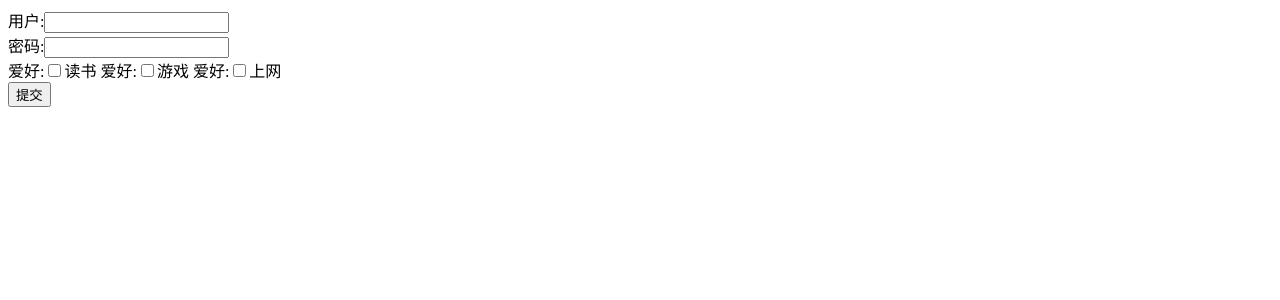
Repository: jionjion/JAVA_WorkSpace
Page: http://localhost/ServletClient/modules/jspBase/baseIII_01.jsp
An editor plug-in stored every save of this project. The page is shown before and after a run of saves, followed by the edit.
The browser window is 1280 px wide. The pictures show the whole page.
The page is served by Tomcat 9.

Above is the page before, as saved 2017-07-10 14:26:31.

After the next 2 saves:
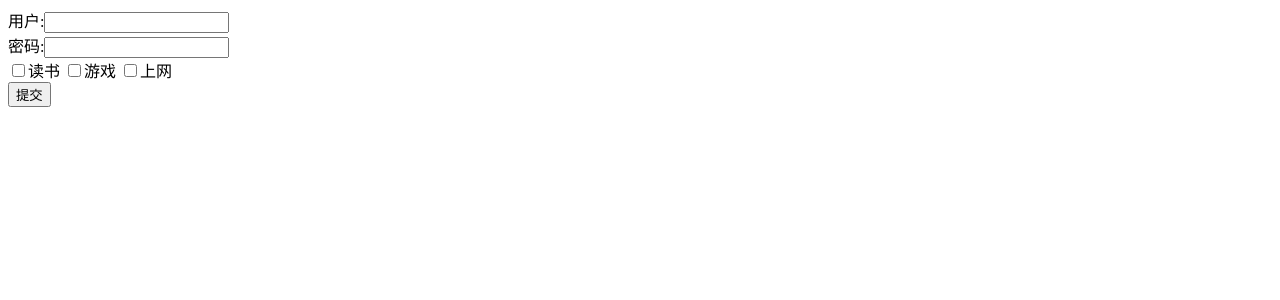
The 2 saves are shown as one change because they came seconds apart.
The last was saved 27 s later.
--- a/ServletClient/WebContent/modules/jspBase/baseIII_01.jsp
+++ b/ServletClient/WebContent/modules/jspBase/baseIII_01.jsp
@@ -11,12 +11,12 @@
 <title>请求表单</title>
 </head>
 <body>
-	<form action="<%=basePath%>modules/jspBase/baseIII_01.jsp">
+	<form action="<%=basePath%>modules/jspBase/baseIII_02.jsp">
 		用户:<input type="text" name="username"><br>
 		密码:<input type="password" name="password"><br>
-		爱好:<input type="checkbox" name="hobby" value="读书">读书
-		爱好:<input type="checkbox" name="hobby" value="游戏">游戏
-		爱好:<input type="checkbox" name="hobby" value="上网">上网<br>
+		<input type="checkbox" name="hobby" value="读书">读书
+		<input type="checkbox" name="hobby" value="游戏">游戏
+		<input type="checkbox" name="hobby" value="上网">上网<br>
 		<input type="submit" value="提交">
 	</form>
 </body>
